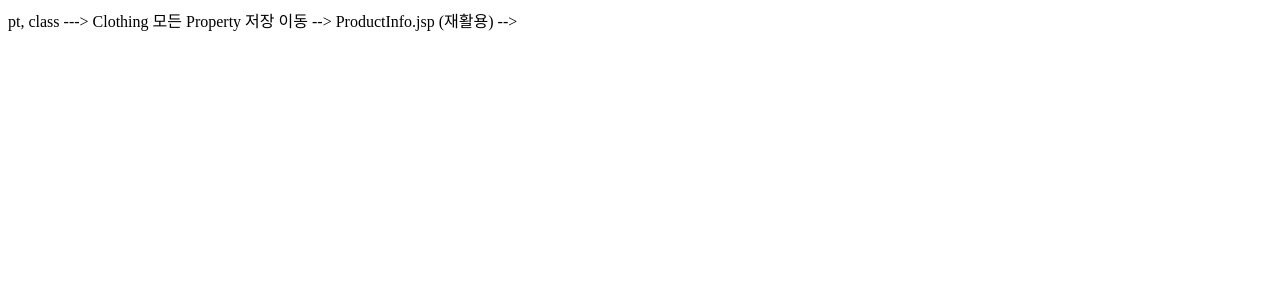
Repository: SongHyeSun/JSP
Page: http://localhost/och08/clothing.jsp
The author's editor kept a copy of each file at every save. The page is drawn from the files as they stood at one save, then again after the next save.
The browser window is 1280 px wide. The pictures show the whole page.
The page is served by Tomcat 9.

Above is the page before, as saved 2024-07-15 00:39:54.

After the next save:
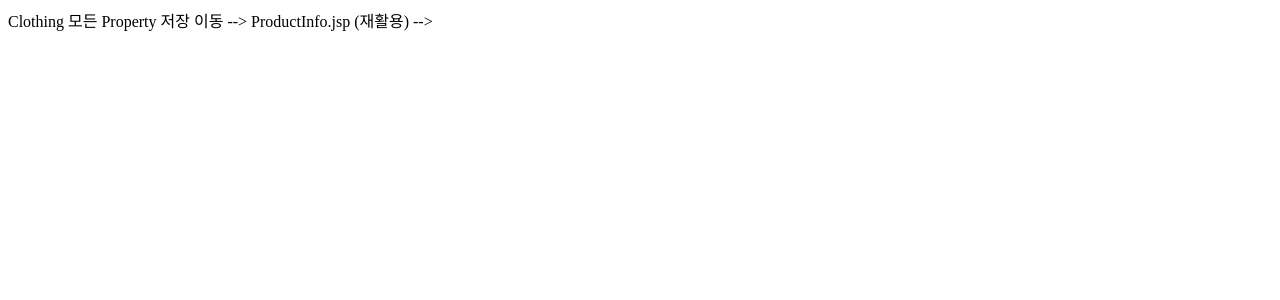
Saved 17 s later.
--- a/jspSrc17/och08/src/main/webapp/clothing.jsp
+++ b/jspSrc17/och08/src/main/webapp/clothing.jsp
@@ -8,7 +8,7 @@
 </head>
 <body>
 <!-- 	현장 work01
-	Bean --> pt, class ---> Clothing
+	Bean -> pt, class --> Clothing
 	모든 Property 저장
 	이동 --> ProductInfo.jsp (재활용) -->
 
